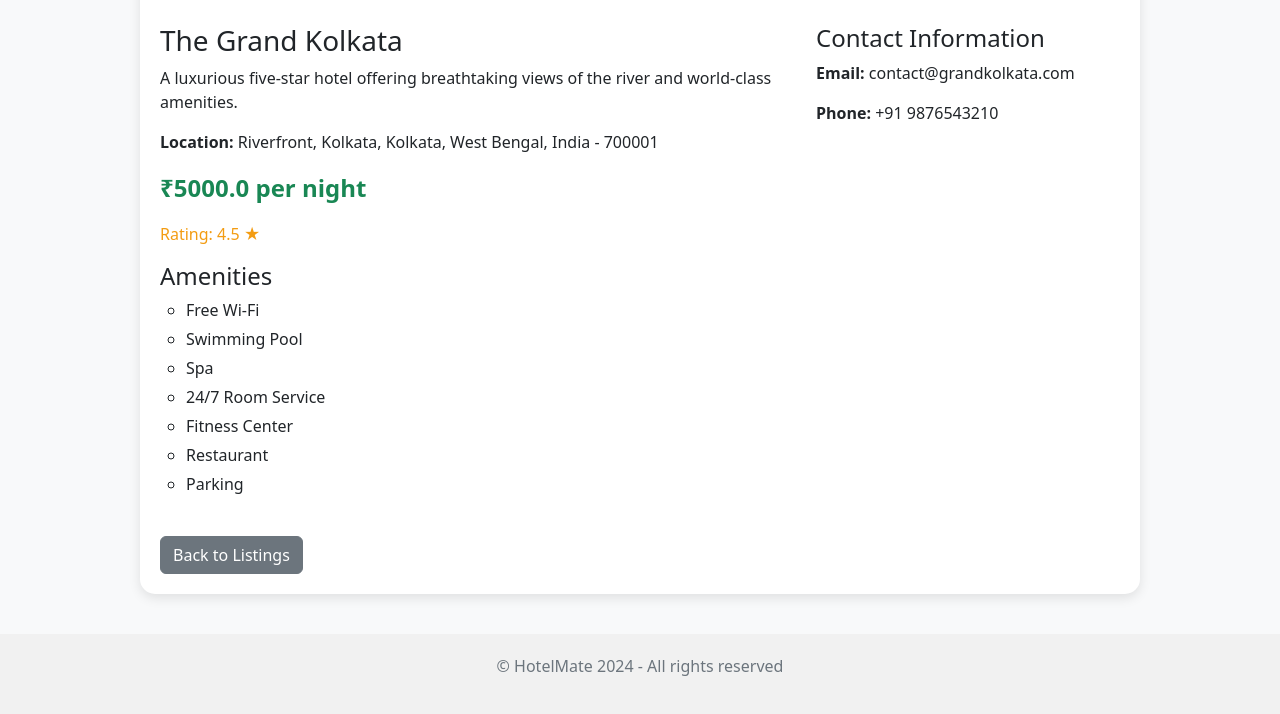
Repository: himanshu2k23/HoteMate
Page: http://localhost/HotelMate/details.jsp
These files come from the project's save history. The page is drawn as it stood at one moment and after the next save; the edit follows.
The browser window is 1280 px wide. The pictures show the part of the page from y = 540 to 1254 px (the page is 1254 px tall).
The page is served by Tomcat 10. Other server files are loaded and not shown.

Above is the page before, as saved 2025-01-13 18:59:17.

### HotelMate/src/main/webapp/details.jsp
<%@ page contentType="text/html;charset=UTF-8" language="java"%>
<!DOCTYPE html>
<html lang="en">
<head>
<meta charset="UTF-8">
<meta name="viewport" content="width=device-width, initial-scale=1.0">
<title>Hotel Details - HotelMate</title>
<!-- Bootstrap CSS -->
<link
	href="https://cdn.jsdelivr.net/npm/bootstrap@5.3.0/dist/css/bootstrap.min.css"
	rel="stylesheet">
<style>
body {
	background-color: #f8f9fa;
}

.hotel-details-container {
	max-width: 1000px;
	margin: 120px auto;
	margin-bottom: 40px;
	padding: 20px;
	border-radius: 15px;
	box-shadow: 0px 4px 12px rgba(0, 0, 0, 0.1);
	background-color: #fff;
}

.price {
	font-size: 1.5rem;
	font-weight: bold;
	color: #198754;
}

.rating {
	color: #f39c12;
}

.amenities-list {
	margin-left: 26px;
	list-style-type: circle;
	padding: 0;
}

.amenities-list li {
	margin-bottom: 5px;
}

.carousel-item img {
	height: 400px;
	object-fit: cover;
}
</style>
</head>
<body>

	<!-- Navbar -->
	<%@ include file="/Components/navbar.jsp"%>

	<div class="container hotel-details-container">

		<%
		// Sample hotel data
		String name = "The Grand Kolkata";
		String description = "A luxurious five-star hotel offering breathtaking views of the river and world-class amenities.";
		String location = "Riverfront, Kolkata";
		String city = "Kolkata";
		String state = "West Bengal";
		String country = "India";
		String zipCode = "700001";
		double pricePerNight = 5000.0;
		float rating = 4.5f;
		String amenities = "Free Wi-Fi, Swimming Pool, Spa, 24/7 Room Service, Fitness Center, Restaurant, Parking";
		String contactEmail = "contact@grandkolkata.com";
		String contactPhone = "+91 9876543210";
		String images = "https://picsum.photos/400/300?random=1, https://picsum.photos/400/300?random=7, https://picsum.photos/400/300?random=8";

		// Split image URLs into an array
		String[] imageUrls = images.split(",");
		%>

		<!-- Carousel for Images -->
		<div id="carousel49" class="carousel slide" data-bs-ride="carousel">
			<div class="carousel-inner">
				<%
				for (int i = 0; i < imageUrls.length; i++) {
					String image = imageUrls[i].trim();
				%>
				<div class="carousel-item <%=(i == 0) ? "active" : ""%>">
					<img src="<%=image%>" class="d-block w-100" alt="<%=name%>">
				</div>
				<%
				}
				%>
			</div>
			<%
			if (imageUrls.length > 1) {
			%>
			<button class="carousel-control-prev" type="button"
				data-bs-target="#carousel49" data-bs-slide="prev">
				<span class="carousel-control-prev-icon" aria-hidden="true"></span>
				<span class="visually-hidden">Previous</span>
			</button>
			<button class="carousel-control-next" type="button"
				data-bs-target="#carousel49" data-bs-slide="next">
				<span class="carousel-control-next-icon" aria-hidden="true"></span>
				<span class="visually-hidden">Next</span>
			</button>
			<%
			}
			%>
		</div>

		<!-- Hotel Information -->
		<div class="row mt-4">
			<div class="col-md-8">
				<h3><%=name%></h3>
				<p><%=description%></p>
				<p>
					<strong>Location:</strong>
					<%=location%>,
					<%=city%>,
					<%=state%>,
					<%=country%>
					-
					<%=zipCode%></p>
				<p class="price">
					₹<%=pricePerNight%>
					per night
				</p>
				<p class="rating">
					Rating:
					<%=rating%>
					★
				</p>

				<h4>Amenities</h4>
				<ul class="amenities-list">
					<%
					String[] amenitiesList = amenities.split(",");
					for (String amenity : amenitiesList) {
						amenity = amenity.trim();
					%>
					<li><%=amenity%></li>
					<%
					}
					%>
				</ul>
			</div>

			<div class="col-md-4">
				<h4>Contact Information</h4>
				<p>
					<strong>Email:</strong>
					<%=contactEmail%></p>
				<p>
					<strong>Phone:</strong>
					<%=contactPhone%></p>
			</div>
		</div>

		<a href="hotelList.jsp" class="btn btn-secondary mt-4">Back to
			Listings</a>
	</div>

	<!-- Footer -->
	<%@ include file="/Components/footer.jsp"%>

	<!-- Bootstrap JS (Popper.js included) -->
	<script
		src="https://cdn.jsdelivr.net/npm/@popperjs/core@2.11.7/dist/umd/popper.min.js"></script>
	<script
		src="https://cdn.jsdelivr.net/npm/bootstrap@5.3.0/dist/js/bootstrap.min.js"></script>
</body>
</html>

### HotelMate/src/main/webapp/Components/navbar.jsp
<nav class="navbar navbar-expand-lg"
	style="background-color: #343a40; border-radius: 15px; padding: 10px 20px; box-shadow: 0px 4px 12px rgba(0, 0, 0, 0.2); margin: 10px; position: fixed; top: 0px; width: calc(100% - 20px); z-index: 1000;">
	<div class="container-fluid">
		<!-- Logo and Brand Name -->
		<a class="navbar-brand text-light d-flex align-items-center"
			href="index.jsp"> <img
			src="http://localhost:8080/HotelMate/Images/HotelmateLogo.png"
			alt="Logo" width="80" height="60"
			class="d-inline-block align-text-top"> <span
			class="nav-link text-light active">HotelMate</span>
		</a>

		<!-- Toggler button for smaller screens -->
		<button class="navbar-toggler" type="button" data-bs-toggle="collapse"
			data-bs-target="#navbarNav" aria-controls="navbarNav"
			aria-expanded="false" aria-label="Toggle navigation"
			style="border-color: #f8f9fa;">
			<span class="navbar-toggler-icon" style="color: #f8f9fa;"></span>
		</button>

		<!-- Navbar Links -->
		<div class="collapse navbar-collapse" id="navbarNav">

			<script>
				// Scroll functionality
				function scrollToFeatures(event) {
					event.preventDefault();
					localStorage.setItem('scrollToFeatures', 'true');
					window.location.href = "index.jsp";
				}

				function scrollToContact(event) {
					event.preventDefault();
					localStorage.setItem('scrollToContact', 'true');
					window.location.href = "index.jsp";
				}

				// Logic to dynamically toggle login/logout
				window.addEventListener('DOMContentLoaded', () => {
					const navRight = document.querySelector('.navbar-nav.ms-auto');
					navRight.innerHTML = ''; // Clear the default buttons

					if (localStorage.getItem('HasLoggedIn') === 'true') {
						// Show dropdown if logged in
						navRight.innerHTML = `
							<li class="nav-item dropdown">
							<a class="nav-link dropdown-toggle text-light" href="#" id="userDropdown" role="button"
							data-bs-toggle="dropdown" aria-expanded="false">
							<i class="bi bi-person-circle" style="font-size: 2rem;"></i>
						</a>

								<ul class="dropdown-menu dropdown-menu-end" aria-labelledby="userDropdown">
									<li><a class="dropdown-item" href="mybookings.jsp">My Bookings</a></li>
									<li><hr class="dropdown-divider"></li>
									<li><a class="dropdown-item" href="#" onclick="logout()">Logout</a></li>
								</ul>
							</li>
						`;
					} else {
						// Show login and signup if not logged in
						navRight.innerHTML = `
							<li class="nav-item"><a class="nav-link login-btn" href="login.jsp">Login</a></li>
							<li class="nav-item"><a class="nav-link signup-btn" href="signup.jsp">Sign Up</a></li>
						`;
					}
				});

				// Logout function
				function logout() {
					localStorage.removeItem('HasLoggedIn');
					window.location.href = 'index.jsp';
				}
			</script>

			<ul class="navbar-nav me-auto">
				<li class="nav-item"><a
					class="nav-link text-light active hover-effect" aria-current="page"
					href="index.jsp">Home</a></li>
				<li class="nav-item"><a
					class="nav-link text-light hover-effect" href="#"
					onclick="scrollToFeatures(event)">Features</a></li>
				<li class="nav-item"><a
					class="nav-link text-light hover-effect" href="HotelDataServlet">Hotels</a></li>
				<li class="nav-item"><a
					class="nav-link text-light hover-effect" href="#"
					onclick="scrollToContact(event)">Contact Us</a></li>
			</ul>

			<!-- Login/Sign Up or Account Dropdown -->
			<ul class="navbar-nav ms-auto gap-3"></ul>
		</div>
	</div>
</nav>

<style>
.hover-effect {
	transition: color 0.3s ease, background-color 0.3s ease;
}

.hover-effect:hover {
	color: #97CC04 !important;
}

.login-btn, .signup-btn {
	background-color: #97CC04;
	color: #fff;
	border-radius: 5px;
	padding: 8px 15px;
	transition: background-color 0.3s ease;
}

.login-btn:hover, .signup-btn:hover {
	background-color: #76b302;
	color: #fff;
}
</style>

### HotelMate/src/main/webapp/Components/footer.jsp
<style>
.footer {
	padding: 20px 0;
	background-color: #f1f1f1;
	text-align: center;
}
</style>

<div class='footer' id="footer">
	<p class="text-center text-secondary">© HotelMate 2024 - All
		rights reserved</p>
</div>

After the next save:
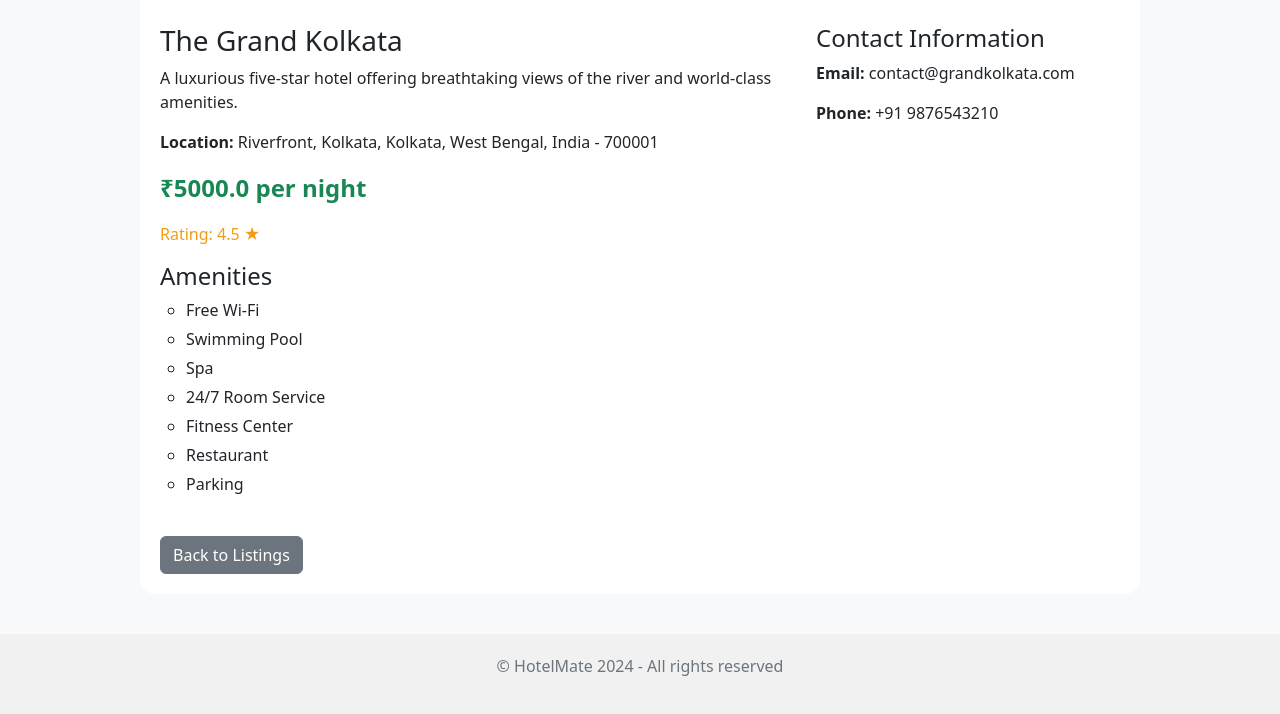
Saved 40 s later.
--- a/HotelMate/src/main/webapp/details.jsp
+++ b/HotelMate/src/main/webapp/details.jsp
@@ -20,7 +20,6 @@ body {
 	margin-bottom: 40px;
 	padding: 20px;
 	border-radius: 15px;
-	box-shadow: 0px 4px 12px rgba(0, 0, 0, 0.1);
 	background-color: #fff;
 }
 
